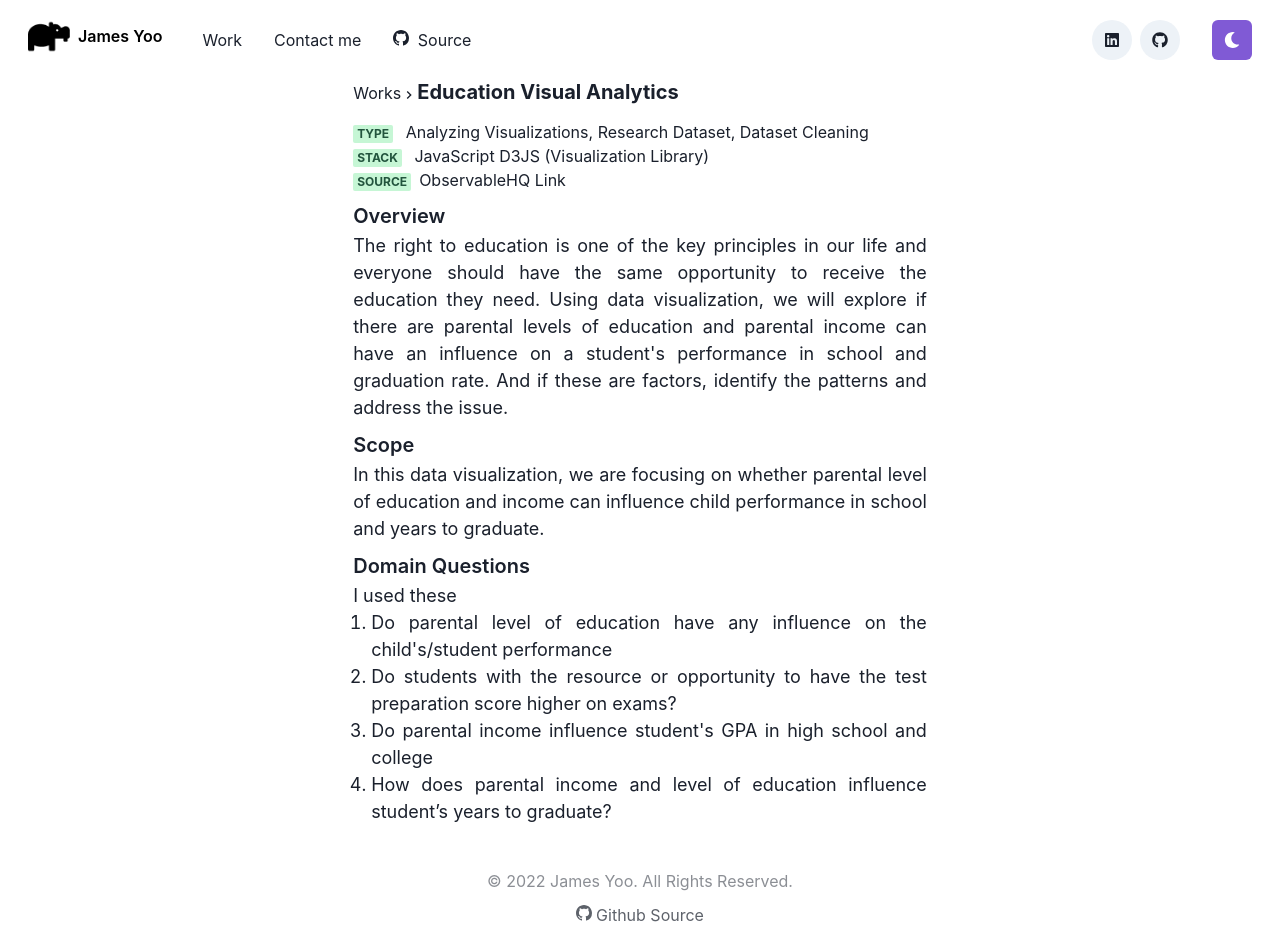
Repository: jammy729/portfolio-2022
Page: /work/educationvisualanalytics
The author's editor kept a copy of each file at every save. The page is drawn from the files as they stood at one save, then again after the next save.
The browser window is 1280 px wide. The pictures show the whole page.
The project was rebuilt for these pictures with package versions that can differ from the ones it lists, and the page was loaded fresh each time. Also part of the build but not shown: src/components/home.js, src/components/contact.js, src/components/layouts/layout.js, src/components/work/work.js, src/components/work/Development/WorldInstitutionDatabase/worldinstitutiondatabase.js, src/components/work/Development/GeoMemories/geomemories.js, src/components/work/Design/ExperienceDesign/experiencedesign.js, src/components/work/Development/PersonalPortfolio/personalportfolio.js. Imported but missing from the stored project, and not drawn on this page: src/components/work/Design/FinestCup/finestcup, src/components/work/Development/WorldInstitutionDatabase/universityDatabase.mp4.

Above is the page before, as saved 2022-06-28 15:13:44.

After the next save:
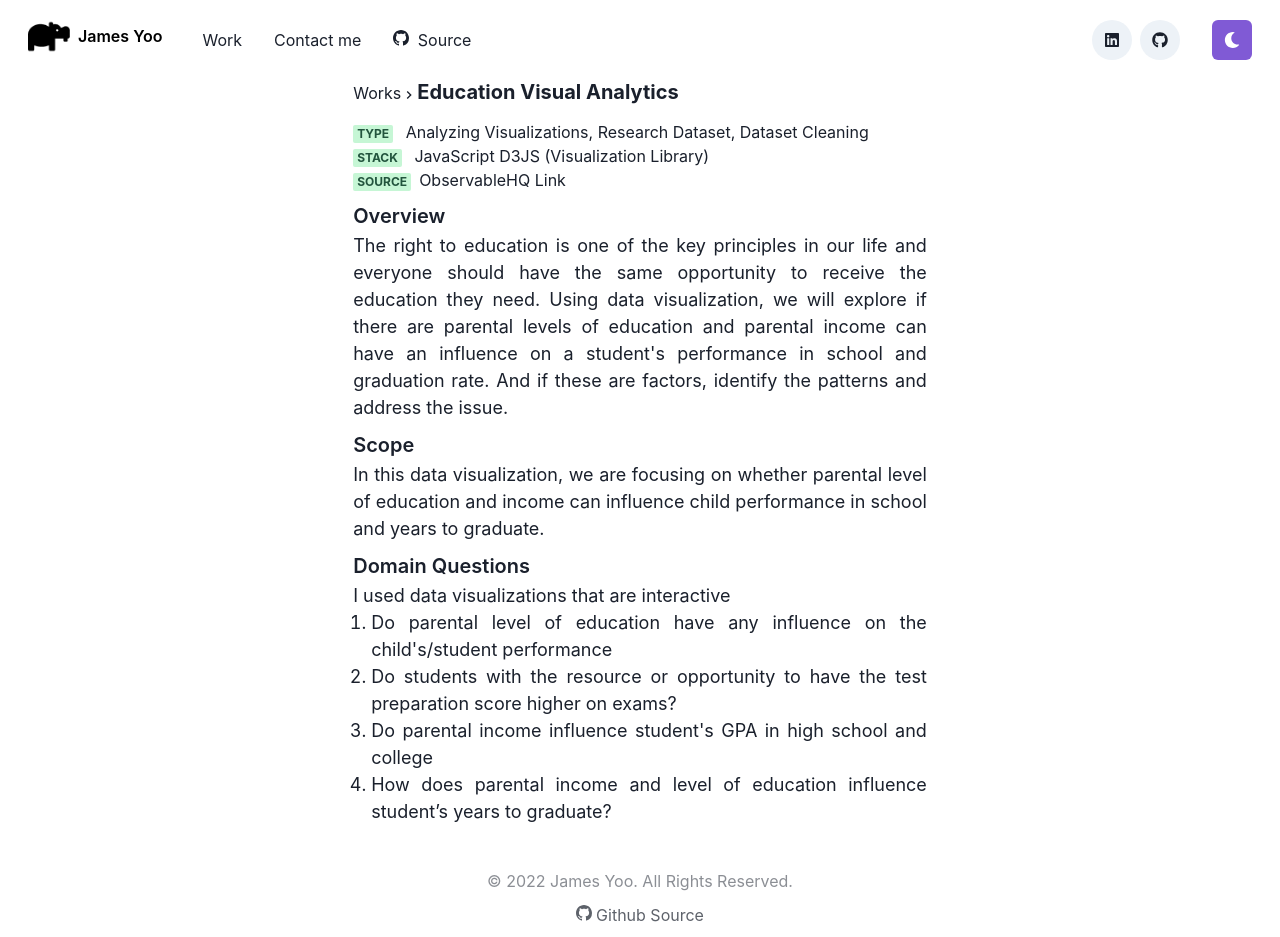
Saved 18 s later.
--- a/src/components/work/Development/EducationVisualAnalytics/educationvisualanalytics.js
+++ b/src/components/work/Development/EducationVisualAnalytics/educationvisualanalytics.js
@@ -50,7 +50,7 @@ const EducationVisualAnalytics = () => {
         {/* DOMAIN QUESTIONS  */}
         <Writing size='md' title='Domain Questions' />
         <DescriptionText>
-          I used these
+          I used data visualizations that are interactive
           <OrderedList>
             <ListItem>
               Do parental level of education have any influence on the
